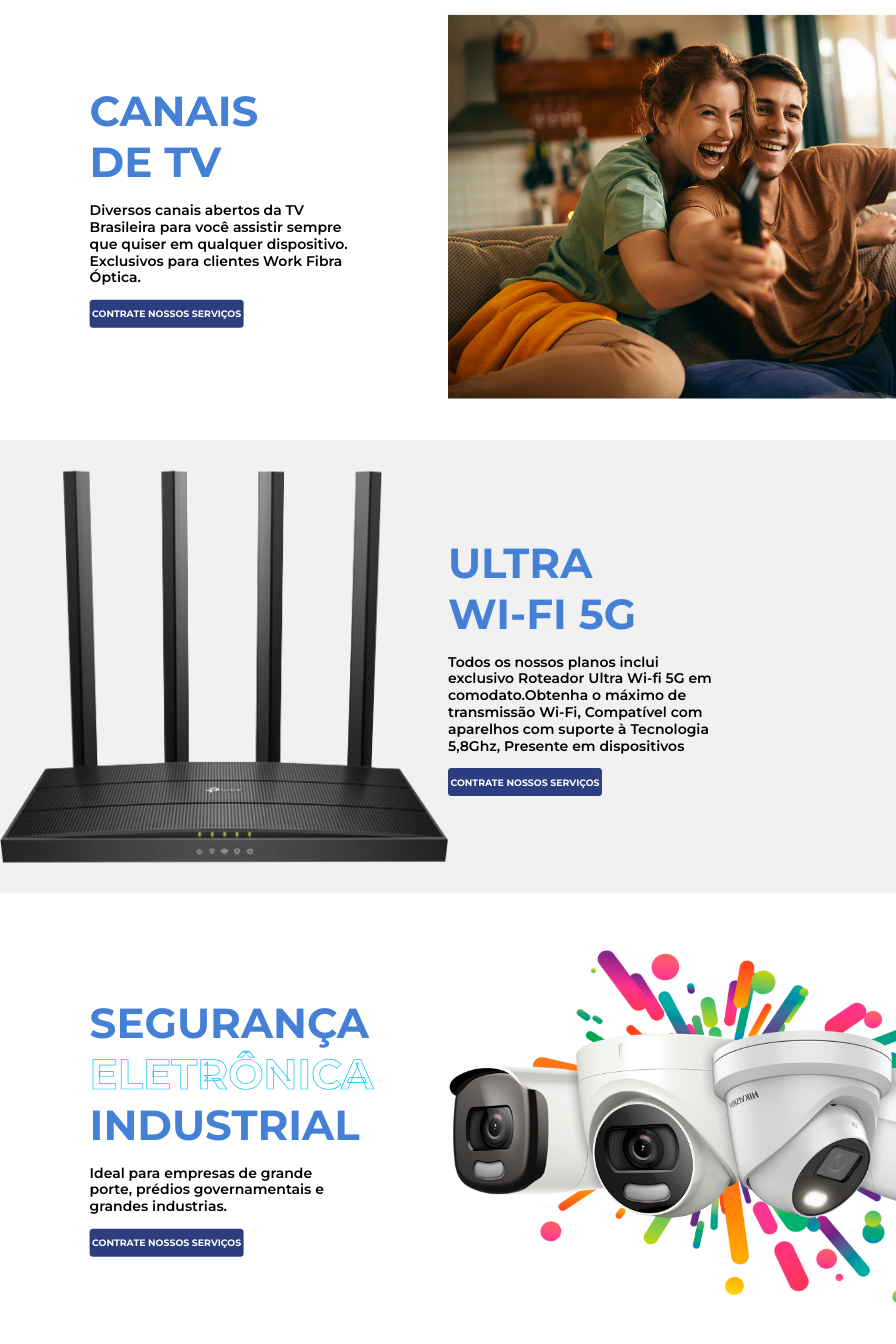
Repository: mateus-henrique-silva/WorkBandaLarga
Page: site_work/src/Pages/campos.html
An editor plug-in stored every save of this project. The page is shown before and after the next save, followed by the edit.
The browser window is 1280 px wide. The pictures show the part of the page from y = 1735 to 3655 px (the page is 5184 px tall), at 70% of full size.
Backgrounds fixed to the window are drawn as part of the page. Some web fonts or font styles are not loaded; a fallback is used.

Above is the page before, as saved 2022-09-21 08:24:35.

After the next save:
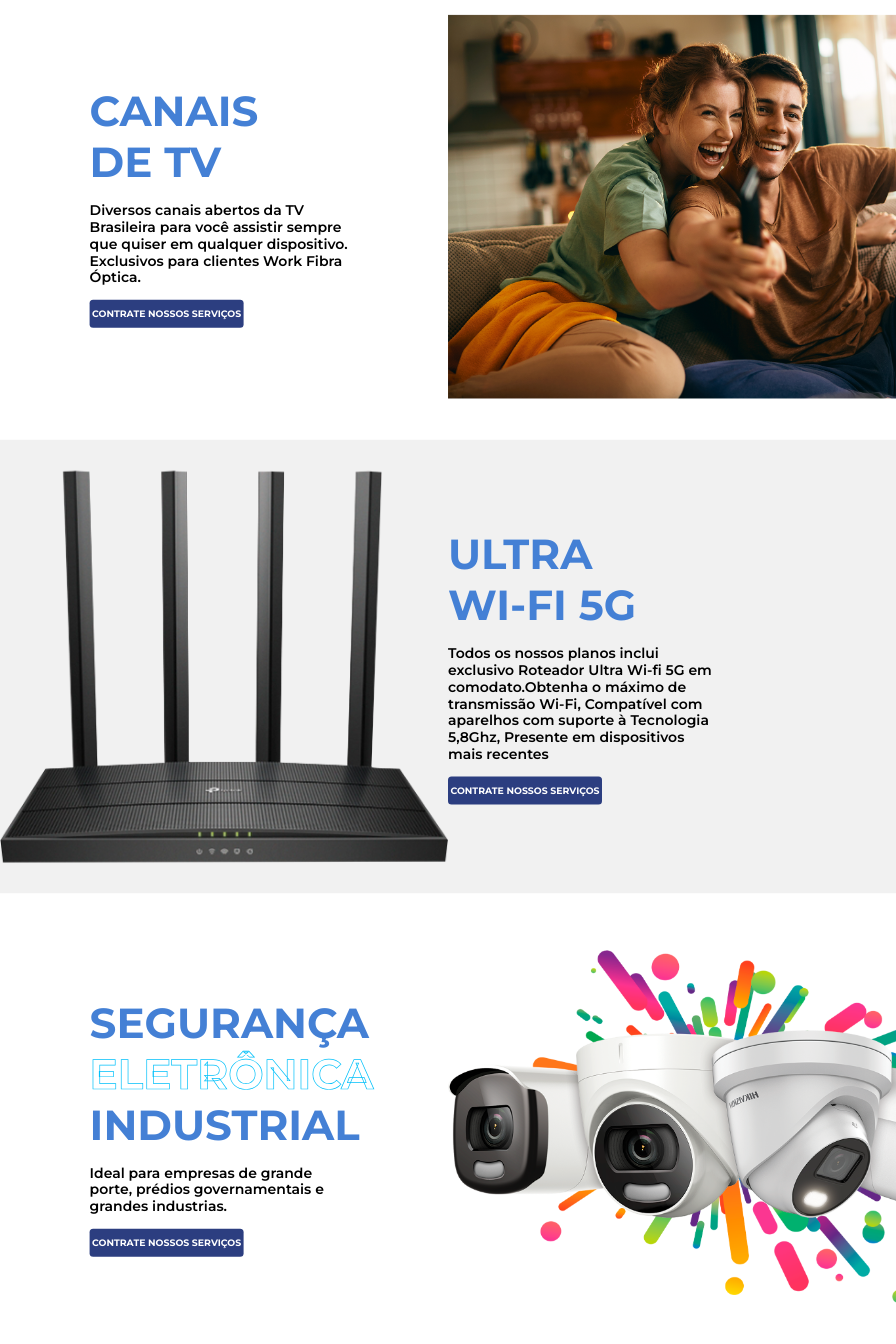
Saved 6 s later.
--- a/site_work/src/Pages/campos.html
+++ b/site_work/src/Pages/campos.html
@@ -436,7 +436,7 @@
         <div class="just-text">
           <h2>ULTRA <br> WI-FI 5G</h2>
           <p>
-          Todos os nossos planos inclui exclusivo Roteador Ultra Wi-fi 5G em comodato.Obtenha o máximo de transmissão Wi-Fi, Compatível com aparelhos com suporte à Tecnologia 5,8Ghz, Presente em dispositivos
+          Todos os nossos planos inclui exclusivo Roteador Ultra Wi-fi 5G em comodato.Obtenha o máximo de transmissão Wi-Fi, Compatível com aparelhos com suporte à Tecnologia 5,8Ghz, Presente em dispositivos mais recentes
           </p>
           <button onclick="onClickLink()" class="btn-king">
             Contrate nossos serviços
